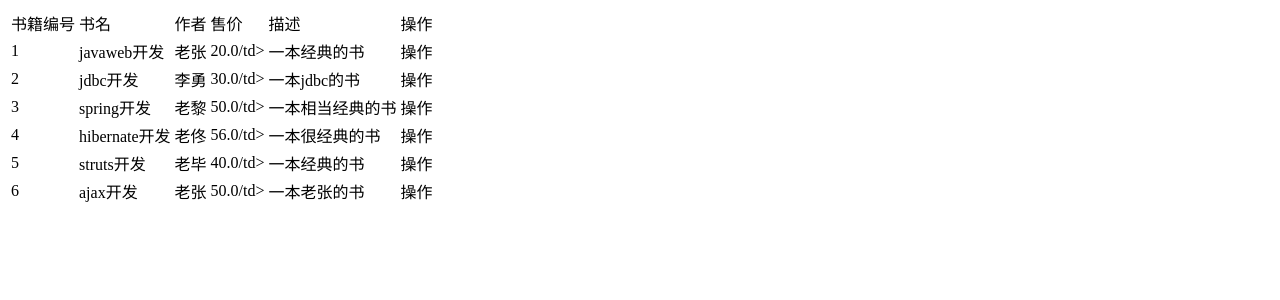
Repository: wsws1996/myproject
Page: http://localhost/day10/servlet/ListBookServlet
These files come from the project's save history. The page is drawn as it stood at one moment and after the next save; the edit follows.
The browser window is 1280 px wide. The pictures show the whole page.
The page is served by Tomcat 9.

Above is the page before, as saved 2015-11-22 05:25:46.

After the next save:
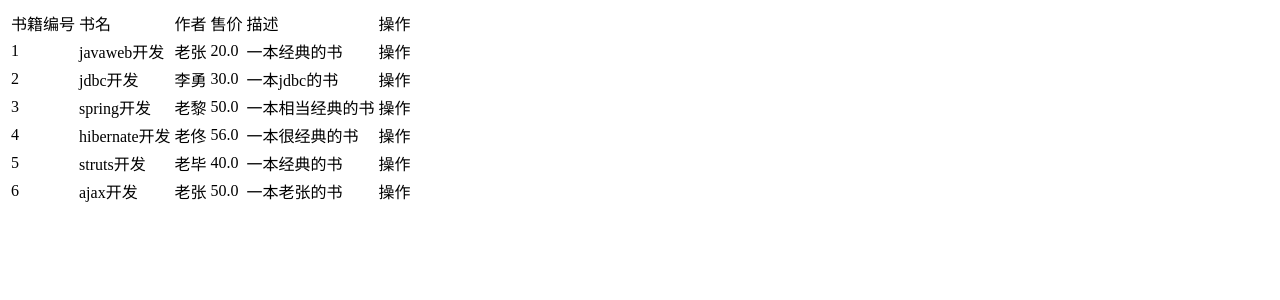
Saved 7 s later.
--- a/java/workspace/day10/WebRoot/WEB-INF/jsp/listbook.jsp
+++ b/java/workspace/day10/WebRoot/WEB-INF/jsp/listbook.jsp
@@ -25,7 +25,7 @@
 				<td>${me.key }</td>
 				<td>${me.value.name }</td>
 				<td>${me.value.author }</td>
-				<td>${me.value.price }/td>
+				<td>${me.value.price }</td>
 				<td>${me.value.description }</td>
 				<td>操作</td>
 			</tr>
